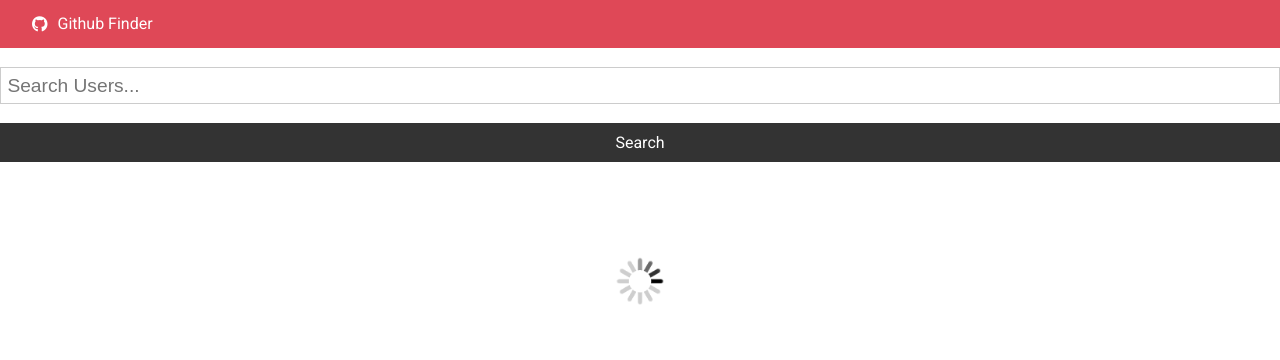
Repository: priyavmehta/Github-Finder
Page: /about
The author's editor kept a copy of each file at every save. The page is drawn from the files as they stood at one save, then again after the next save.
The browser window is 1280 px wide. The pictures show the whole page.
The page's requests for data from a server got no answer. Some web libraries are served in a nearby version. The project was rebuilt for these pictures with package versions that can differ from the ones it lists, and the page was loaded fresh each time. No one was signed in, and anything a server would have sent is missing. Also part of the build but not shown: src/components/users/UserProfile.js.

Above is the page before, as saved 2020-07-04 18:12:20.

### public/index.html
<!DOCTYPE html>
<html lang="en">
  <head>
    <meta charset="utf-8" />
    <link rel="icon" href="%PUBLIC_URL%/favicon.ico" />
    <meta name="viewport" content="width=device-width, initial-scale=1" />
    <meta name="theme-color" content="#000000" />
    <meta
      name="description"
      content="Web site created using create-react-app"
    />
    <link rel="apple-touch-icon" href="%PUBLIC_URL%/logo192.png" />
    <!--
      manifest.json provides metadata used when your web app is installed on a
      user's mobile device or desktop. See https://developers.google.com/web/fundamentals/web-app-manifest/
    -->
    <link rel="manifest" href="%PUBLIC_URL%/manifest.json" />
    <script src="https://kit.fontawesome.com/c3f9cf1e2c.js" crossorigin="anonymous"></script>

    <title>Github Finder</title>
  </head>
  <body>
    <noscript>You need to enable JavaScript to run this app.</noscript>
    <div id="root"></div>

  </body>
</html>

### src/App.js
import React,{ Component } from 'react';
import './App.css';
import Navbar from './components/layout/Navbar';
import Users from './components/users/Users';
import axios from 'axios'
import Search from './components/users/Search';

class App extends Component {

  state = {
    users : [],
    loading : false
  }

  async componentDidMount () {
    console.log(process.env.REACT_APP_GITHUB_CLIENT_ID)

    this.setState({
      loading : true
    })

    const res = await axios.get(`https://api.github.com/users?client_id=${process.env.REACT_APP_GITHUB_CLIENT_ID}&client_secret=${process.env.REACT_APP_GITHUB_CLIENT_SECRET}`);


    this.setState({
      users : res.data,
      loading : false
    })
  }

  render() {
    return (
      <div className="App">
        <Navbar />
        <Search />
        <div className="container">
          <Users loading = {this.state.loading} users = {this.state.users} />
        </div>
      </div>
    );
  }
}

export default App;

### src/App.css
@import url("https://fonts.googleapis.com/css?family=Roboto");

/* Global Styles */
:root {
  --primary-color: #dc3545;
  --dark-color: #333333;
  --light-color: #f4f4f4;
  --danger-color: #dc3545;
  --success-color: #28a745;
}

* {
  box-sizing: border-box;
  margin: 0;
  padding: 0;
}

body {
  font-family: "Roboto", sans-serif;
  font-size: 1rem;
  line-height: 1.6;
  background-color: #fff;
  color: #333;
}

a {
  color: var(--primary-color);
  text-decoration: none;
}

a:hover {
  color: #666;
}

ul {
  list-style: none;
}

img {
  width: 100%;
}

/* Utilities */
.container {
  max-width: 1100px;
  margin: auto;
  overflow: hidden;
  padding: 0 2rem;
}

/* Text Styles*/
.x-large {
  font-size: 4rem;
  line-height: 1.2;
  margin-bottom: 1rem;
}

.large {
  font-size: 3rem;
  line-height: 1.2;
  margin-bottom: 1rem;
}

.lead {
  font-size: 1.5rem;
  margin-bottom: 1rem;
}

.text-center {
  text-align: center;
}

.text-primary {
  color: var(--primary-color);
}

.text-dark {
  color: var(--dark-color);
}

.text-success {
  color: var(--success-color);
}

.text-danger {
  color: var(--danger-color);
}

.text-center {
  text-align: center;
}

.text-right {
  text-align: right;
}

.text-left {
  text-align: left;
}

/* Center All */
.all-center {
  display: flex;
  flex-direction: column;
  width: 100%;
  margin: auto;
  justify-content: center;
  align-items: center;
  text-align: center;
}

/* Cards */
.card {
  padding: 1rem;
  border: #ccc 1px dotted;
  margin: 0.7rem 0;
}

/* List */
.list {
  margin: 0.5rem 0;
}

.list li {
  padding-bottom: 0.3rem;
}

/* Padding */
.p {
  padding: 0.5rem;
}
.p-1 {
  padding: 1rem;
}
.p-2 {
  padding: 2rem;
}
.p-3 {
  padding: 3rem;
}
.py {
  padding: 0.5rem 0;
}
.py-1 {
  padding: 1rem 0;
}
.py-2 {
  padding: 2rem 0;
}
.py-3 {
  padding: 3rem 0;
}

/* Margin */
.m {
  margin: 0.5rem;
}
.m-1 {
  margin: 1rem;
}
.m-2 {
  margin: 2rem;
}
.m-3 {
  margin: 3rem;
}
.my {
  margin: 0.5rem 0;
}
.my-1 {
  margin: 1rem 0;
}
.my-2 {
  margin: 2rem 0;
}
.my-3 {
  margin: 3rem 0;
}

/* Grid */
.grid-2 {
  display: grid;
  grid-template-columns: repeat(2, 1fr);
  grid-gap: 1rem;
}

.grid-3 {
  display: grid;
  grid-template-columns: repeat(3, 1fr);
  grid-gap: 1rem;
}

.grid-4 {
  display: grid;
  grid-template-columns: repeat(4, 1fr);
  grid-gap: 1rem;
}

.btn {
  display: inline-block;
  background: var(--light-color);
  color: #333;
  padding: 0.4rem 1.3rem;
  font-size: 1rem;
  border: none;
  cursor: pointer;
  margin-right: 0.5rem;
  transition: opacity 0.2s ease-in;
  outline: none;
}

.btn-link {
  background: none;
  padding: 0;
  margin: 0;
}

.btn-block {
  display: block;
  width: 100%;
}

.btn-sm {
  font-size: 0.8rem;
  padding: 0.3rem 1rem;
  margin-right: 0.2rem;
}

.badge {
  display: inline-block;
  font-size: 0.8rem;
  padding: 0.2rem 0.7rem;
  text-align: center;
  margin: 0.3rem;
  background: var(--light-color);
  color: #333;
  border-radius: 5px;
}

.alert {
  padding: 0.7rem;
  margin: 1rem 0;
  opacity: 0.9;
  background: var(--light-color);
  color: #333;
}

.btn-primary,
.bg-primary,
.badge-primary,
.alert-primary {
  background: var(--primary-color);
  color: #fff;
}

.btn-light,
.bg-light,
.badge-light,
.alert-light {
  background: var(--light-color);
  color: #333;
}

.btn-dark,
.bg-dark,
.badge-dark,
.alert-dark {
  background: var(--dark-color);
  color: #fff;
}

.btn-danger,
.bg-danger,
.badge-danger,
.alert-danger {
  background: var(--danger-color);
  color: #fff;
}

.btn-success,
.bg-success,
.badge-success,
.alert-success {
  background: var(--success-color);
  color: #fff;
}

.btn-white,
.bg-white,
.badge-white,
.alert-white {
  background: #fff;
  color: #333;
  border: #ccc solid 1px;
}

.btn:hover {
  opacity: 0.8;
}

.bg-light,
.badge-light {
  border: #ccc solid 1px;
}

.round-img {
  border-radius: 50%;
}

/* Forms */
input {
  margin: 1.2rem 0;
}

.form-text {
  display: block;
  margin-top: 0.3rem;
  color: #888;
}

input[type="text"],
input[type="email"],
input[type="password"],
input[type="date"],
select,
textarea {
  display: block;
  width: 100%;
  padding: 0.4rem;
  font-size: 1.2rem;
  border: 1px solid #ccc;
}

input[type="submit"],
button {
  font: inherit;
}

table th,
table td {
  padding: 1rem;
  text-align: left;
}

table th {
  background: var(--light-color);
}

/* Navbar */
.navbar {
  display: flex;
  justify-content: left;
  align-items: center;
  padding: 0.7rem 2rem;
  z-index: 1;
  width: 100%;
  opacity: 0.9;
  margin-bottom: 1rem;
}

.navbar ul {
  display: flex;
}

.navbar a {
  color: #fff;
  padding: 0.45rem;
  margin: 0 0.25rem;
}

.navbar a:hover {
  color: var(--light-color);
}

.navbar .welcome span {
  margin-right: 0.6rem;
}

/* Mobile Styles */
@media (max-width: 700px) {
  .hide-sm {
    display: none;
  }

  .grid-2,
  .grid-3,
  .grid-4 {
    grid-template-columns: 1fr;
  }

  /* Text Styles */
  .x-large {
    font-size: 3rem;
  }

  .large {
    font-size: 2rem;
  }

  .lead {
    font-size: 1rem;
  }

  /* Navbar */
  .navbar {
    display: block;
    text-align: center;
  }

  .navbar ul {
    text-align: center;
    justify-content: center;
  }
}

### src/components/layout/Navbar.js
import React from 'react'
import PropTypes from 'prop-types'

const Navbar = ({icon, title}) => {

    return (
        <nav className = "navbar bg-primary">
            <i className ={icon} style = {{marginRight : 10 + 'px'}}/>
            {title}
        </nav>
    )
}

Navbar.defaultProps = {
    title : "Github Finder",
    icon : "fab fa-github"
};

Navbar.propTypes = {
    title : PropTypes.string.isRequired,
    icon : PropTypes.string.isRequired
};

export default Navbar

### src/components/users/Users.js
import React from 'react';
import UserProfile from './UserProfile';
import Spinner from '../layout/Spinner';
import PropTypes from 'prop-types'

const Users = ({ users, loading }) => {

    if (loading) {
        return <Spinner />
    } else {
        return (
            <div style = {userStyle}>
                {users.map(user => (
                    <UserProfile key = {user.id} user = {user} />
                ))}
            </div>
        );
    }
}

Users.propTypes = {
    users : PropTypes.array.isRequired,
    loading : PropTypes.bool.isRequired,
}

const userStyle = {
    display: 'grid',
    gridTemplateColumns: 'repeat(3, 1fr)',
    gridGap: '1rem'
}

export default Users

### src/components/users/Search.js
import React, { Component } from 'react'

class Search extends Component {
    render() {
        return (
            <div>
                <form className = "form">
                    <input type = "text" name = "text" placeholder = "Search Users..." />
                    <input type = "submit" value = "Search" className = "btn btn-dark btn-block" />
                </form>
            </div>
        )
    }
}

export default Search

### src/components/layout/Spinner.js
import React, { Fragment } from "react";
import spinner from "./spinner.gif";

const Spinner = () => (
  <Fragment>
    <img
      src={spinner}
      alt='Loading...'
      style={{ width: "200px", margin: "auto", display: "block" }}
    ></img>
  </Fragment>
);

export default Spinner;

Loaded but not shown: src/index.js (common file)

After the next save:
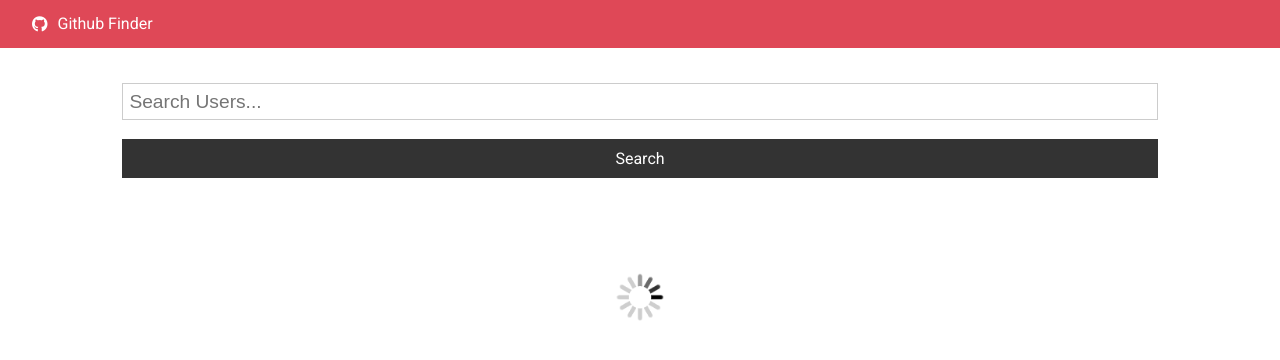
Saved 41 s later.
--- a/src/App.js
+++ b/src/App.js
@@ -32,8 +32,9 @@
     return (
       <div className="App">
         <Navbar />
-        <Search />
+
         <div className="container">
+          <Search />
           <Users loading = {this.state.loading} users = {this.state.users} />
         </div>
       </div>
